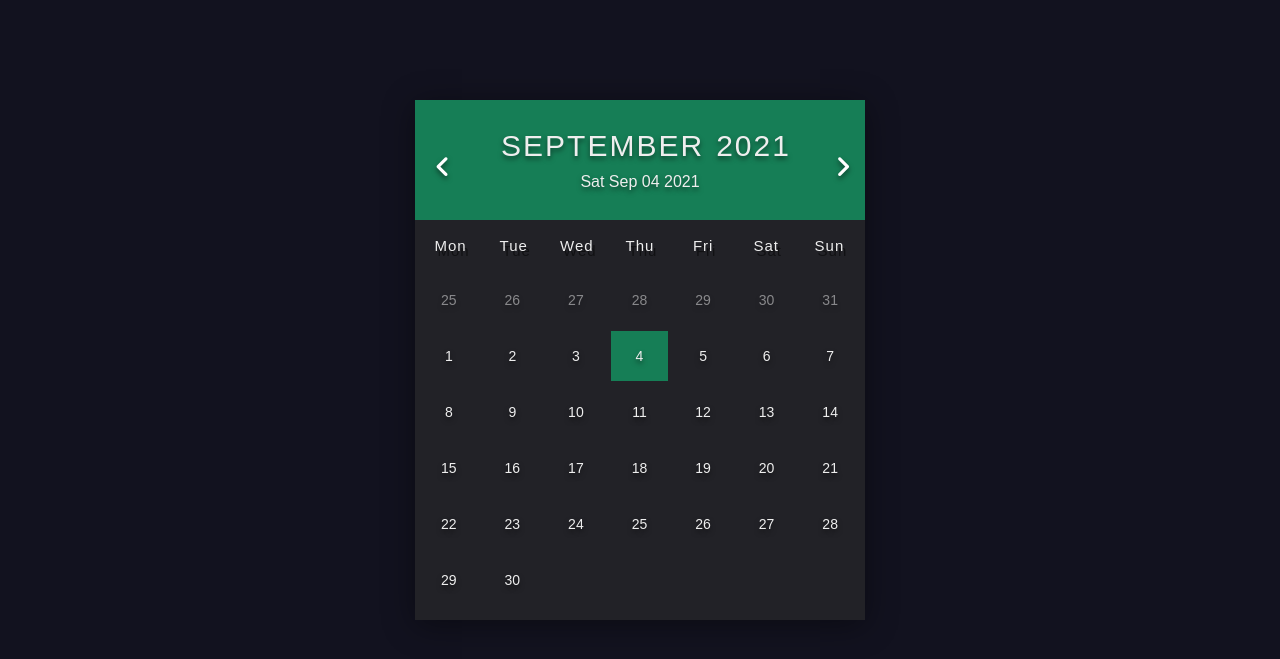
Repository: dboinska/calendar
Page: index.html
The author's editor kept a copy of each file at every save. The page is drawn from the files as they stood at one save, then again after the next save.
The browser window is 1280 px wide. The pictures show the whole page.
Some web libraries are served in a nearby version.

Above is the page before, as saved 2021-09-06 13:15:25.

### index.html
<!DOCTYPE html>
<html lang="en">
  <head>
    <meta charset="UTF-8" />
    <meta http-equiv="X-UA-Compatible" content="IE=edge" />
    <meta name="viewport" content="width=device-width, initial-scale=1.0" />
    <title>Calendar</title>
    <script
      src="https://kit.fontawesome.com/5567926149.js"
      crossorigin="anonymous"
    ></script>
    <link rel="stylesheet" href="style.css" />
  </head>
  <body>
    <div class="container">
      <div class="calendar">
        <div class="month">
          <i class="fas fa-angle-left prev"></i>
          <div class="date">
            <div class="header">
              <h1></h1>
              <h2></h2>
            </div>
            <p></p>
          </div>
          <i class="fas fa-angle-right next"></i>
        </div>
        <div class="weekdays">
          <div>Mon</div>
          <div>Tue</div>
          <div>Wed</div>
          <div>Thu</div>
          <div>Fri</div>
          <div>Sat</div>
          <div>Sun</div>
        </div>
        <div class="days"></div>
      </div>
    </div>
    <script src="script.js"></script>
  </body>
</html>

### style.css
* {
  margin: 0;
  padding: 0;
  box-sizing: border-box;
  font-family: "Quicksand", sans-serif;
}

html {
  font-size: 62.5%;
}

.container {
  width: 100%;
  height: 100vh;
  background-color: #12121f;
  color: #eee;
  display: flex;
  justify-content: center;
  align-items: center;
}

.calendar {
  width: 45rem;
  height: 52rem;
  background-color: #222227;
  box-shadow: 0 0.5rem 3rem rgba(0, 0, 0, 0.4);
}

.fas {
  height: 10px;
  width: 10px;
  color: white;
}

.month {
  width: 100%;
  height: 12rem;
  background-color: #167e56;
  display: flex;
  justify-content: space-between;
  align-items: center;
  padding: 0 2rem;
  text-align: center;
  text-shadow: 0 0.3rem 0.5rem rgba(0, 0, 0, 0.5);
}

.month i {
  font-size: 2.5rem;
  cursor: pointer;
}

.month h1,
h2 {
  font-size: 3rem;
  font-weight: 400;
  text-transform: uppercase;
  letter-spacing: 0.2rem;
  margin-bottom: 1rem;
  padding-left: 1.2rem;
}

.month p {
  font-size: 1.6rem;
}

.weekdays {
  width: 100%;
  height: 5rem;
  padding: 0 0.4rem;
  display: flex;
  align-items: center;
}

.weekdays div {
  font-size: 1.5rem;
  font-weight: 400;
  letter-spacing: 0.1rem;
  width: calc(44.2rem / 7);
  display: flex;
  justify-content: center;
  align-items: center;
  text-shadow: 0.3rem 0.5rem rgba(0, 0, 0, 0.5);
}

.days {
  width: 100%;
  display: flex;
  flex-wrap: wrap;
  padding: 0.2rem;
}

.days div {
  font-size: 1.4rem;
  margin: 0.3rem;
  width: calc(40.3rem / 7);
  height: 5rem;
  display: flex;
  justify-content: center;
  align-items: center;
  text-shadow: 0 0.3rem 0.5rem rgba(0, 0, 0, 0.5);
  transition: background-color 0.2s;
}

.days div:hover:not(.today) {
  background-color: #262626;
  border: 2rem solid #777;
  cursor: pointer;
}

.prev-date,
.next-date {
  opacity: 0.5;
}

.header {
  display: flex;
}

.today {
  background-color: #167e56;
}

### script.js
const date = new Date();
const renderCalendar = () => {
  const monthDays = document.querySelector(".days");
  const lastDay = new Date(
    date.getFullYear(),
    date.getMonth() + 1,
    0
  ).getDate();
  const prevLastDay = new Date(
    date.getFullYear(),
    date.getMonth(),
    0
  ).getDate();
  const firstDayIndex = date.getDay();
  const lastDayIndex = new Date(
    date.getFullYear(),
    date.getMonth(),
    0
  ).getDay();
  console.log(lastDayIndex);
  console.log(lastDay);

  const nextDays = 7 - lastDayIndex - 1;
  const months = [
    "January",
    "February",
    "March",
    "April",
    "May",
    "June",
    "July",
    "August",
    "September",
    "October",
    "November",
    "December",
  ];

  document.querySelector(".date h1").textContent = months[date.getMonth()];
  document.querySelector(".date h2").textContent = date.getFullYear();

  document.querySelector(".date p").textContent = new Date().toDateString();

  let days = "";

  for (let x = firstDayIndex + 1; x > 0; x--) {
    days += `<div class="prev-date">${prevLastDay - x + 1}</div>`;
  }
  for (let i = 1; i <= lastDay; i++) {
    if (
      i === new Date().getDate() &&
      date.getMonth() === new Date().getMonth()
    ) {
      days += `<div class="today">${i}</div>`;
    } else {
      days += `<div>${i}</div>`;
    }

    monthDays.innerHTML = days;
  }
  console.log("next days", nextDays, "last day index", lastDayIndex);
  //for (let j = 1; j <= nextDays - 1; j++) {
  for (let j = 1; j <= -nextDays; j++) {
    days += `<div class="next-date">${j}</div>`;
    monthDays.innerHTML = days;
  }
};
// date.setDate(1);
// console.log(date.getDay());
// const month = date.getMonth();
// console.log(month);

document.querySelector(".prev").addEventListener("click", () => {
  date.setMonth(date.getMonth() - 1);
  renderCalendar();
});

document.querySelector(".next").addEventListener("click", () => {
  date.setMonth(date.getMonth() + 1);
  console.log("month", date.getMonth());
  renderCalendar();
});

renderCalendar();

After the next save:
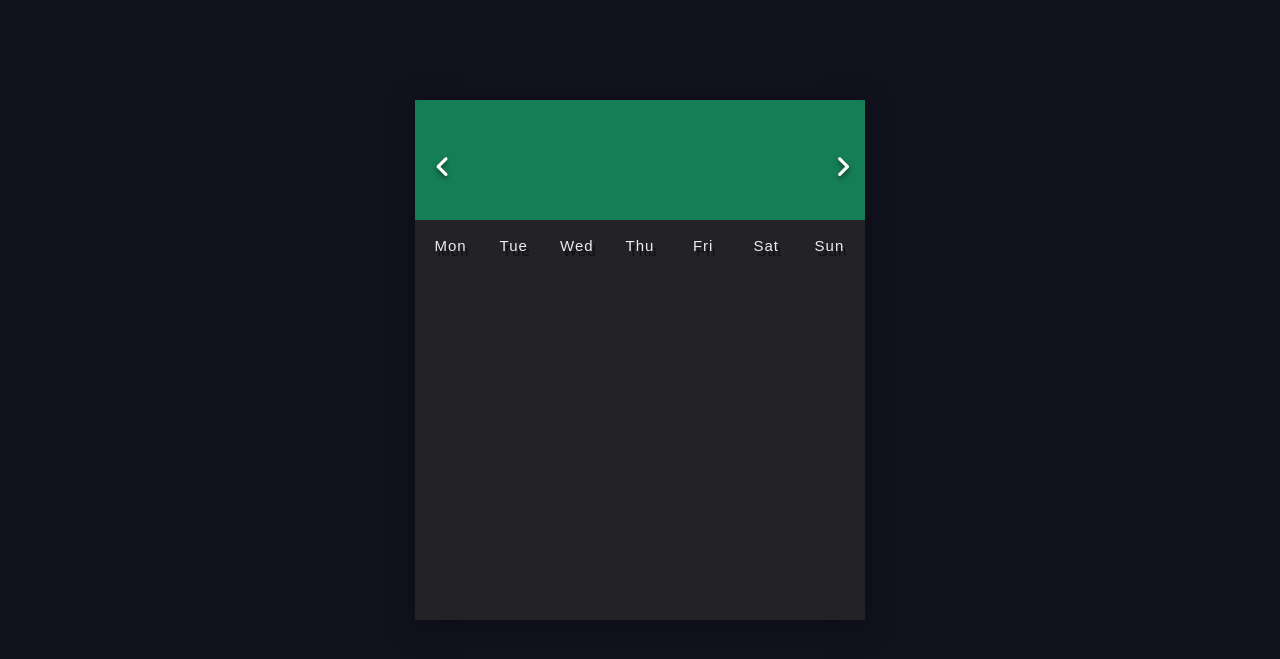
Console error: TypeError: Failed to execute 'appendChild' on 'Node': parameter 1 is not of type 'Node'.
Saved 72 s later.
--- a/script.js
+++ b/script.js
@@ -36,7 +36,7 @@
     "December",
   ];
 
-  document.querySelector(".date h1").textContent = months[date.getMonth()];
+  document.querySelector(".date h1").appendChild(months[date.getMonth()]);
   document.querySelector(".date h2").textContent = date.getFullYear();
 
   document.querySelector(".date p").textContent = new Date().toDateString();

After the save that followed:
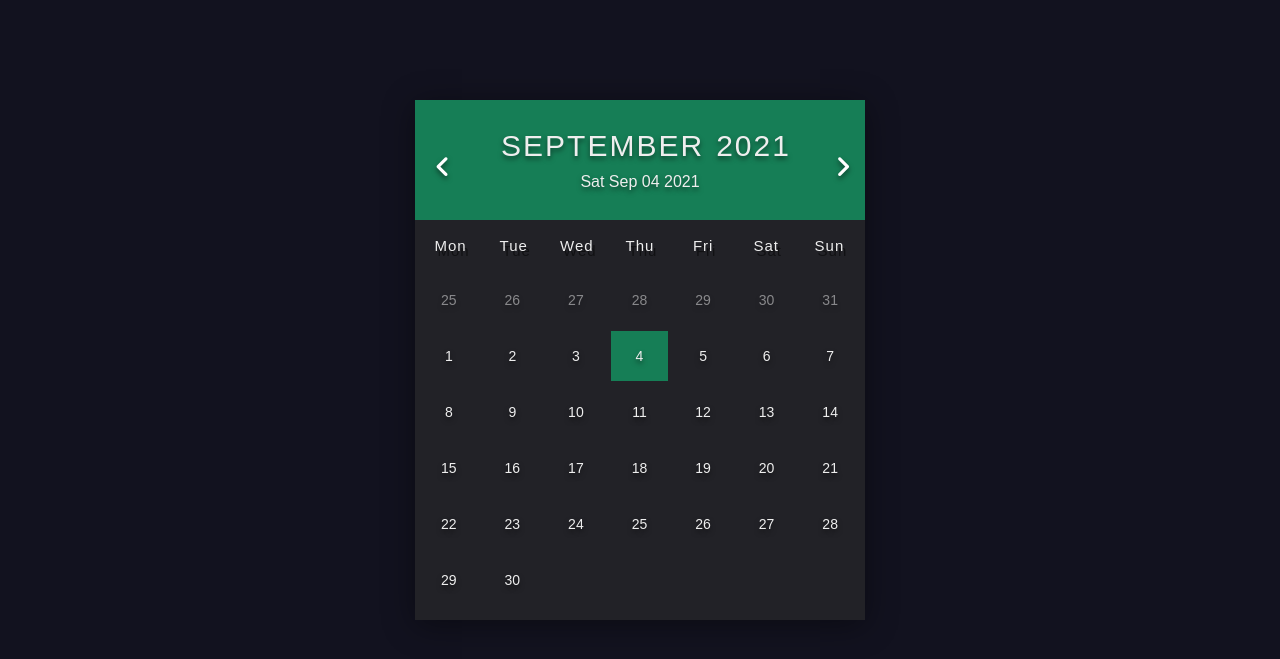
The error is gone.
Saved 14 s later.
--- a/script.js
+++ b/script.js
@@ -36,7 +36,7 @@
     "December",
   ];
 
-  document.querySelector(".date h1").appendChild(months[date.getMonth()]);
+  document.querySelector(".date h1").textContent = months[date.getMonth()];
   document.querySelector(".date h2").textContent = date.getFullYear();
 
   document.querySelector(".date p").textContent = new Date().toDateString();
